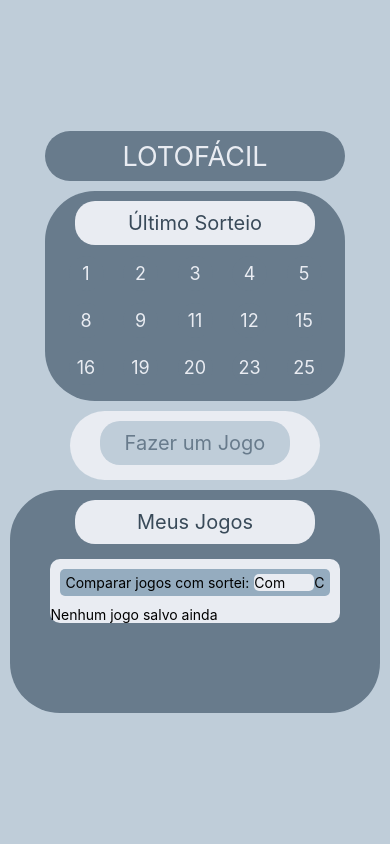
Repository: Deyvid-Kasteh/LotofacilApp
Screen: /
These files come from the project's save history. The screen is drawn as it stood at one moment and after the next save; the edit follows.
The app was drawn by React Native's web renderer in a window 390 px wide. The project was rebuilt for these pictures with package versions that can differ from the ones it lists, and the page was loaded fresh each time. Also part of the build but not shown: Bolhas.js, components/Resultado.js, paginaTESTE.js, paginaTESTE2.js, SeuComponentePai.js, components/Jogo.js, components/ResultadoTexte2.js.

Above is the screen before, as saved 2023-12-03 01:42:04.

After the next save:
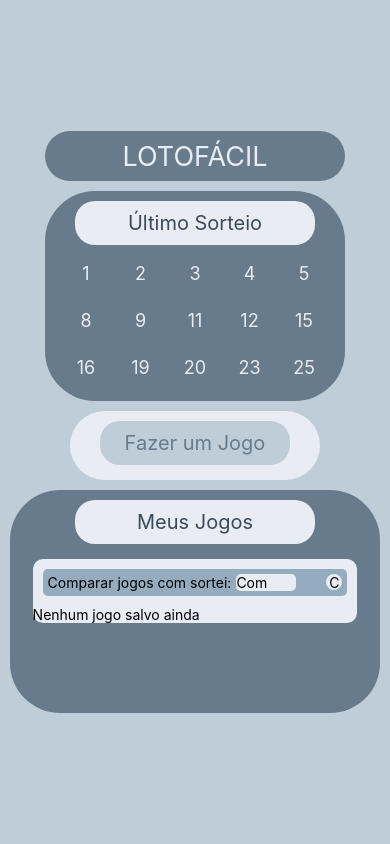
Saved 45 s later.
--- a/components/MostrarJogosSalvos.js
+++ b/components/MostrarJogosSalvos.js
@@ -70,12 +70,22 @@
             borderRadius: 5,
             backgroundColor: Cores.cor1,
             width: 60,
-            marginLeft: 5
+            marginLeft: 5,
           }}
         >
           <Text>Com</Text>
         </View>
-        <View>
+        <View
+          style={{
+            width: 16,
+            height: 16,
+            alignItems: "center",
+            justifyContent: "center",
+            borderRadius: 50,
+            backgroundColor: Cores.cor1,
+            marginLeft: 30,
+          }}
+        >
           <Text>C</Text>
         </View>
       </View>
